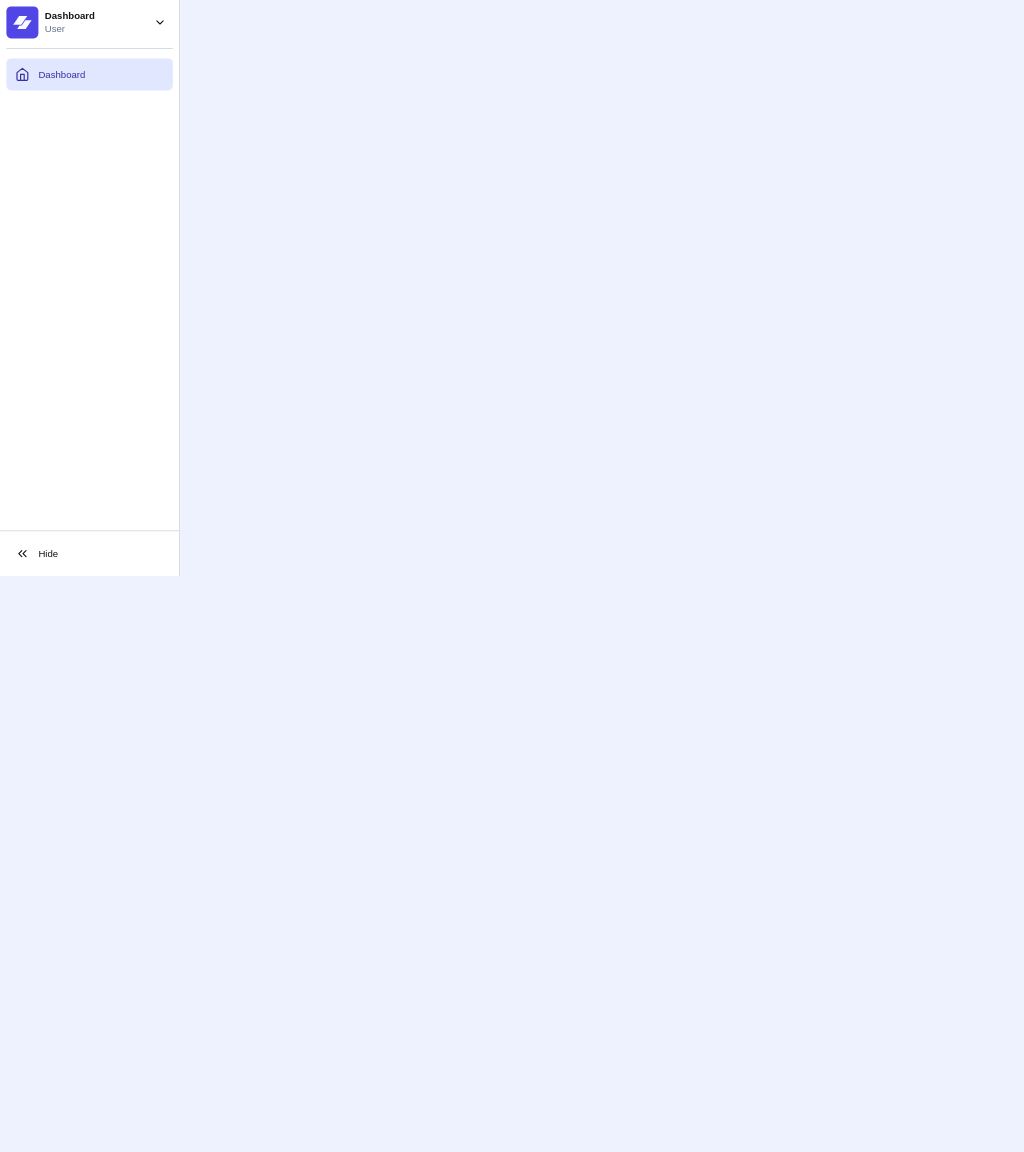
Repository: Ademaulana100499/userdashboard
Page: /
An editor plug-in stored every save of this project. The page is shown before and after the next save, followed by the edit.
The browser window is 1280 px wide. The pictures show the whole page, at 80% of full size.
The project was rebuilt for these pictures with package versions that can differ from the ones it lists, and the page was loaded fresh each time. The framework's server and built-in components were replaced by stand-ins that run in the browser. Also part of the build but not shown: next.config.mjs.

Above is the page before, as saved 2025-02-14 17:39:26.

### src/pages/index.js
import React, { useState } from "react";
import {
  FiBarChart,
  FiChevronDown,
  FiChevronsRight,
  FiDollarSign,
  FiHome,
  FiMonitor,
  FiShoppingCart,
  FiTag,
  FiUsers,
} from "react-icons/fi";
import { motion } from "framer-motion";

const Dashboard = () => {
  return (
    <div className="flex bg-indigo-50">
      <Sidebar />
      <DashboardContent />
    </div>
  );
};

export default Dashboard;
const Sidebar = () => {
  const [open, setOpen] = useState(true);
  const [selected, setSelected] = useState("Dashboard");

  return (
    <motion.nav
      layout
      className="sticky top-0 h-screen shrink-0 border-r border-slate-300 bg-white p-2"
      style={{
        width: open ? "225px" : "fit-content",
      }}>
      <TitleSection open={open} />

      <div className="space-y-1">
        <Option
          Icon={FiHome}
          title="Dashboard"
          selected={selected}
          setSelected={setSelected}
          open={open}
        />
      </div>

      <ToggleClose open={open} setOpen={setOpen} />
    </motion.nav>
  );
};

const Option = ({ Icon, title, selected, setSelected, open, notifs }) => {
  return (
    <motion.button
      layout
      onClick={() => setSelected(title)}
      className={`relative flex h-10 w-full items-center rounded-md transition-colors ${
        selected === title
          ? "bg-indigo-100 text-indigo-800"
          : "text-slate-500 hover:bg-slate-100"
      }`}>
      <motion.div
        layout
        className="grid h-full w-10 place-content-center text-lg">
        <Icon />
      </motion.div>
      {open && (
        <motion.span
          layout
          initial={{ opacity: 0, y: 12 }}
          animate={{ opacity: 1, y: 0 }}
          transition={{ delay: 0.125 }}
          className="text-xs font-medium">
          {title}
        </motion.span>
      )}

      {notifs && open && (
        <motion.span
          initial={{ scale: 0, opacity: 0 }}
          animate={{
            opacity: 1,
            scale: 1,
          }}
          style={{ y: "-50%" }}
          transition={{ delay: 0.5 }}
          className="absolute right-2 top-1/2 size-4 rounded bg-indigo-500 text-xs text-white">
          {notifs}
        </motion.span>
      )}
    </motion.button>
  );
};

const TitleSection = ({ open }) => {
  return (
    <div className="mb-3 border-b border-slate-300 pb-3">
      <div className="flex cursor-pointer items-center justify-between rounded-md transition-colors hover:bg-slate-100">
        <div className="flex items-center gap-2">
          <Logo />
          {open && (
            <motion.div
              layout
              initial={{ opacity: 0, y: 12 }}
              animate={{ opacity: 1, y: 0 }}
              transition={{ delay: 0.125 }}>
              <span className="block text-xs font-semibold">Dashboard</span>
              <span className="block text-xs text-slate-500">User</span>
            </motion.div>
          )}
        </div>
        {open && <FiChevronDown className="mr-2" />}
      </div>
    </div>
  );
};

const Logo = () => {
  // Temp logo from https://logoipsum.com/
  return (
    <motion.div
      layout
      className="grid size-10 shrink-0 place-content-center rounded-md bg-indigo-600">
      <svg
        width="24"
        height="auto"
        viewBox="0 0 50 39"
        fill="none"
        xmlns="http://www.w3.org/2000/svg"
        className="fill-slate-50">
        <path
          d="M16.4992 2H37.5808L22.0816 24.9729H1L16.4992 2Z"
          stopColor="#000000"></path>
        <path
          d="M17.4224 27.102L11.4192 36H33.5008L49 13.0271H32.7024L23.2064 27.102H17.4224Z"
          stopColor="#000000"></path>
      </svg>
    </motion.div>
  );
};

const ToggleClose = ({ open, setOpen }) => {
  return (
    <motion.button
      layout
      onClick={() => setOpen((pv) => !pv)}
      className="absolute bottom-0 left-0 right-0 border-t border-slate-300 transition-colors hover:bg-slate-100">
      <div className="flex items-center p-2">
        <motion.div
          layout
          className="grid size-10 place-content-center text-lg">
          <FiChevronsRight
            className={`transition-transform ${open && "rotate-180"}`}
          />
        </motion.div>
        {open && (
          <motion.span
            layout
            initial={{ opacity: 0, y: 12 }}
            animate={{ opacity: 1, y: 0 }}
            transition={{ delay: 0.125 }}
            className="text-xs font-medium">
            Hide
          </motion.span>
        )}
      </div>
    </motion.button>
  );
};

const DashboardContent = () => <div className="h-[200vh] w-full"></div>;

Loaded but not shown: src/pages/_app.js (common file); src/pages/_document.js (common file); src/styles/globals.css (common file); tailwind.config.mjs (common file)

After the next save:
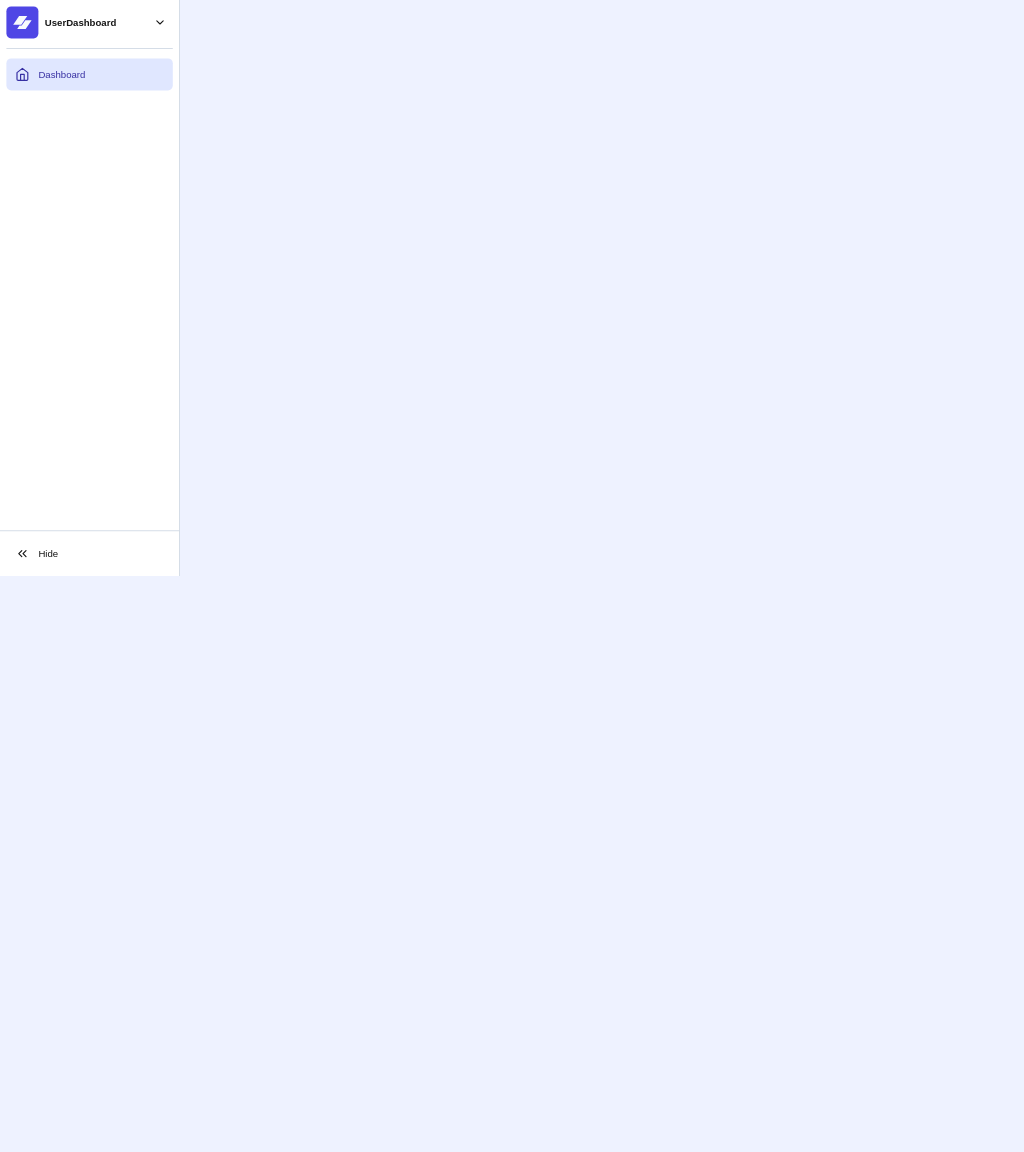
Saved 14 s later.
--- a/src/pages/index.js
+++ b/src/pages/index.js
@@ -105,8 +105,7 @@
               initial={{ opacity: 0, y: 12 }}
               animate={{ opacity: 1, y: 0 }}
               transition={{ delay: 0.125 }}>
-              <span className="block text-xs font-semibold">Dashboard</span>
-              <span className="block text-xs text-slate-500">User</span>
+              <span className="block text-xs font-semibold">UserDashboard</span>
             </motion.div>
           )}
         </div>
